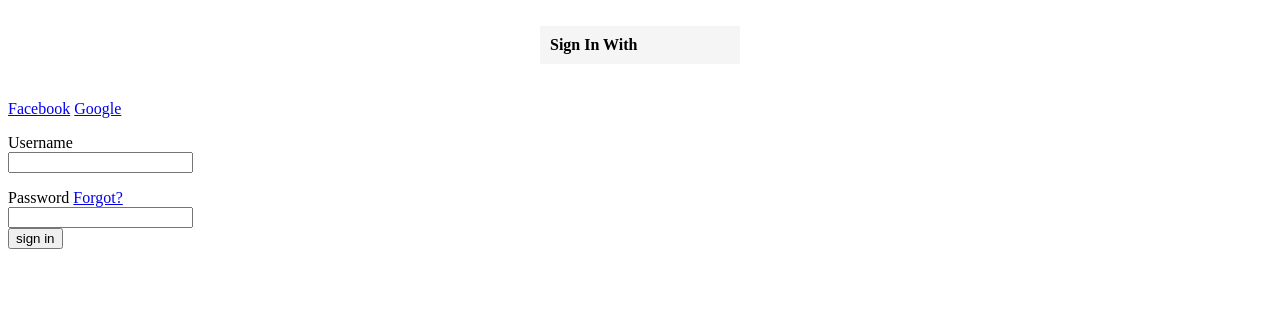
Repository: Tobby004/bdc-assignment-2
Page: index.html
The author's editor kept a copy of each file at every save. The page is drawn from the files as they stood at one save, then again after the next save.
The browser window is 1280 px wide. The pictures show the whole page.

Above is the page before, as saved 2023-02-09 07:10:45.

After the next save:
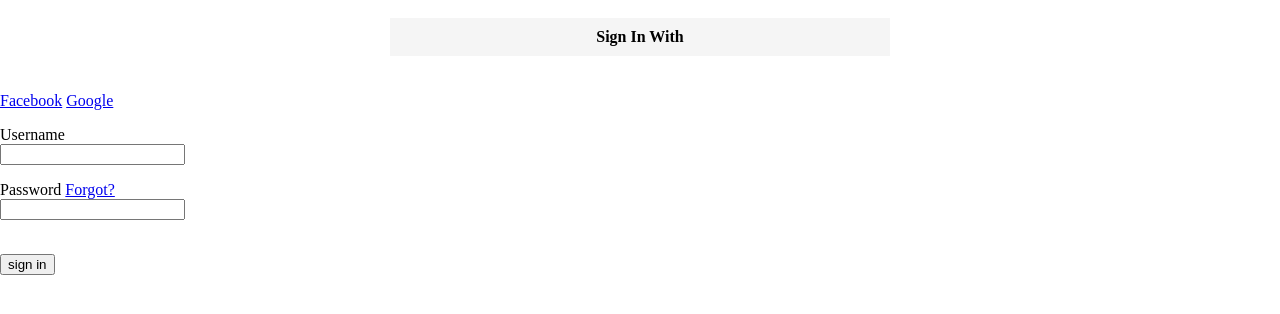
Saved 44 h 13 min later.
--- a/index.html
+++ b/index.html
@@ -32,7 +32,7 @@
          <p>Password
             <a href="#">Forgot?</a>
             <br>
-            <input type="password" /></
+            <input type="password" />
          </p>
          <br>
          <button>sign in</button>
--- a/task.css
+++ b/task.css
@@ -3,10 +3,14 @@
 }
 header b {
     background-color:whitesmoke ;
-    display: block;
+    display: flex;
     padding: 10px;
     margin-right: auto;
     margin-left: auto;
-    max-width: 200px;
+    max-width: 500px;
     justify-content: center;
 }
+body {
+    padding: 0;
+    margin: 0;
+}
